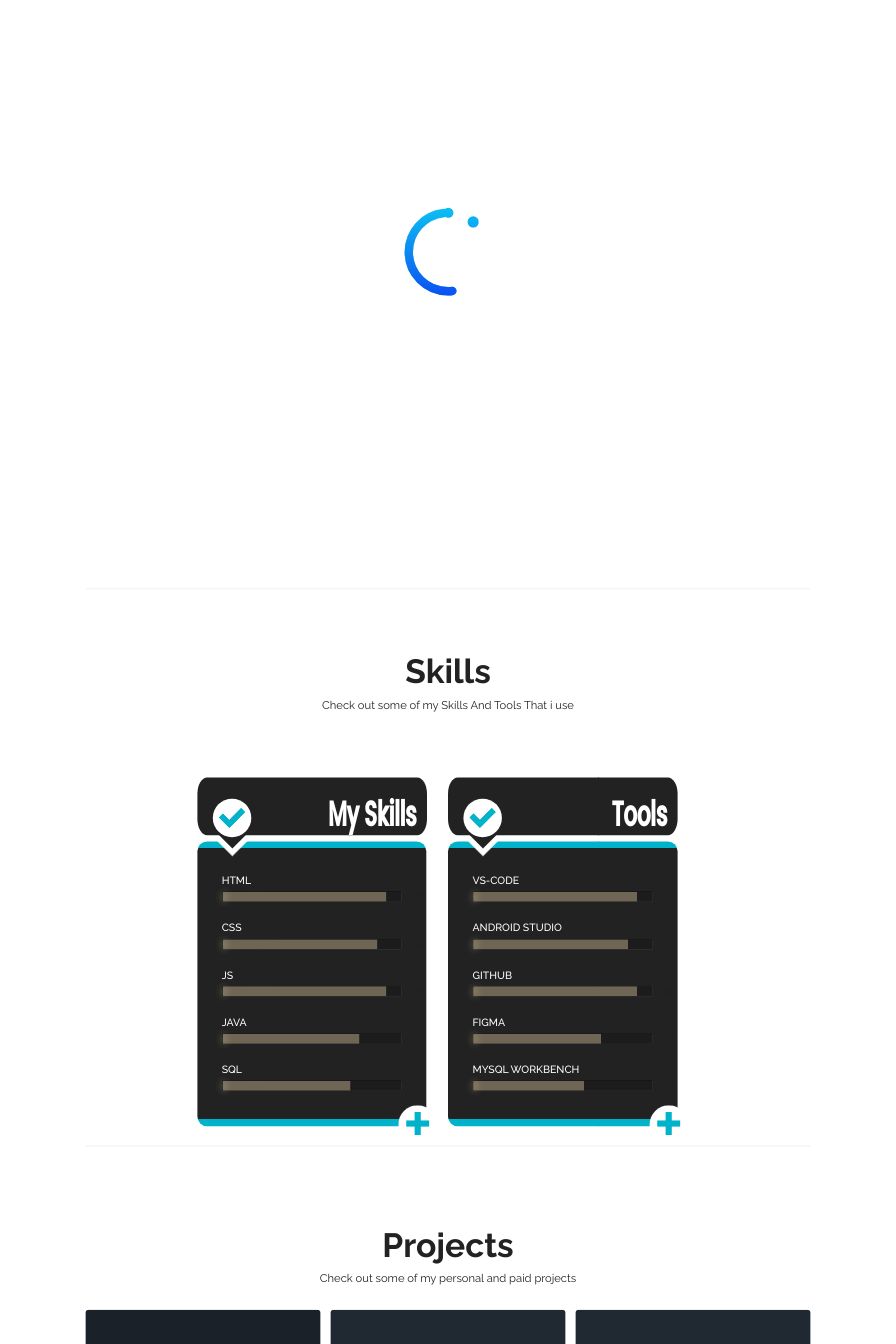
Repository: rahimmenadi/My-Website
Page: index.html
An editor plug-in stored every save of this project. The page is shown before and after a run of saves, followed by the edit.
The browser window is 1280 px wide. The pictures show the part of the page from y = 0 to 1920 px (the page is 2803 px tall), at 70% of full size.

Above is the page before, as saved 2023-06-24 01:45:35.

After the next 2 saves:
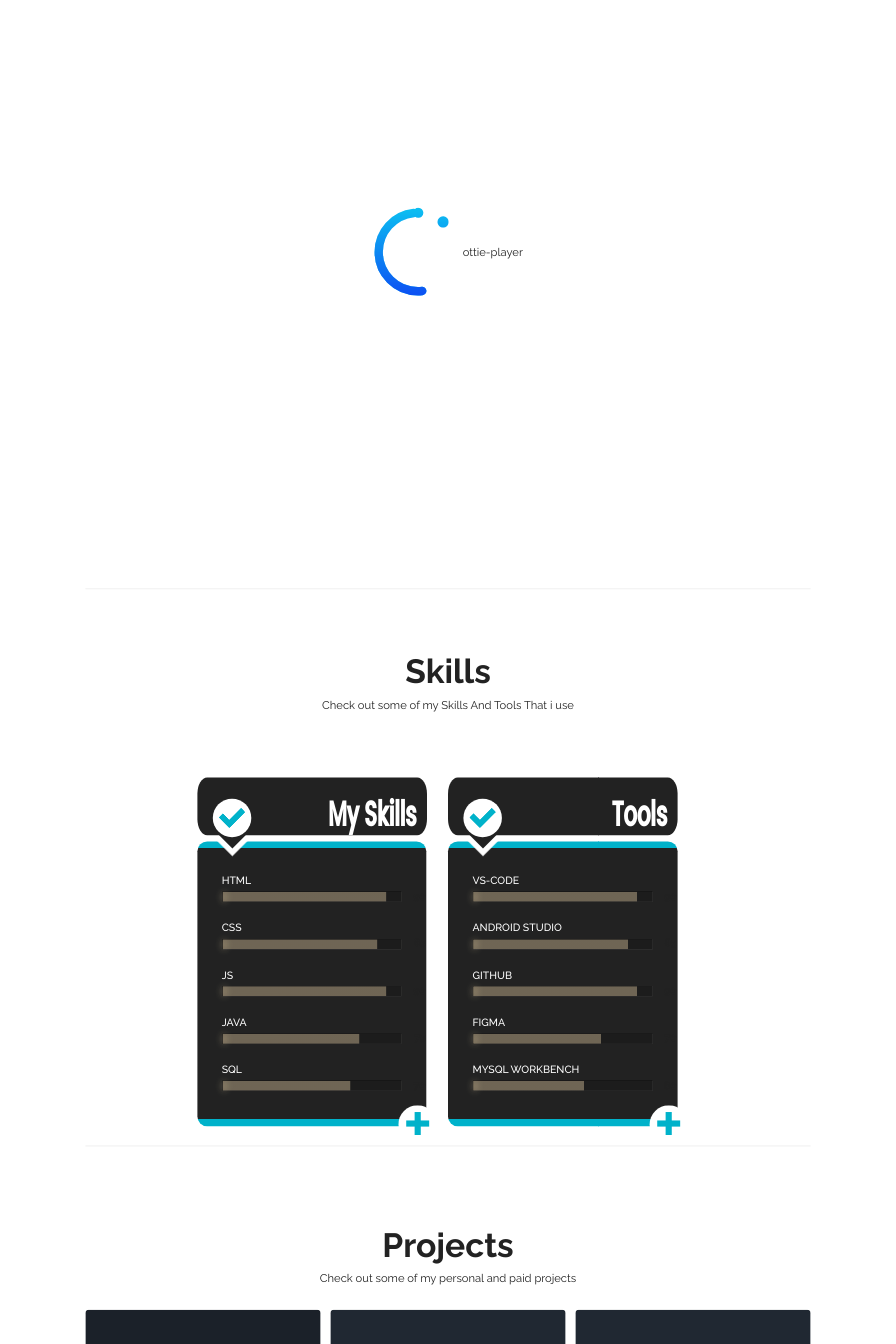
The 2 saves are shown as one change because they came seconds apart.
The last was saved 8 s later.
--- a/index.html
+++ b/index.html
@@ -83,6 +83,7 @@
       </g>
     </svg>
 
+    ottie-player
   </div>
     <header id="hero">
       <!-- Navbar -->

After the 2 saves that followed:
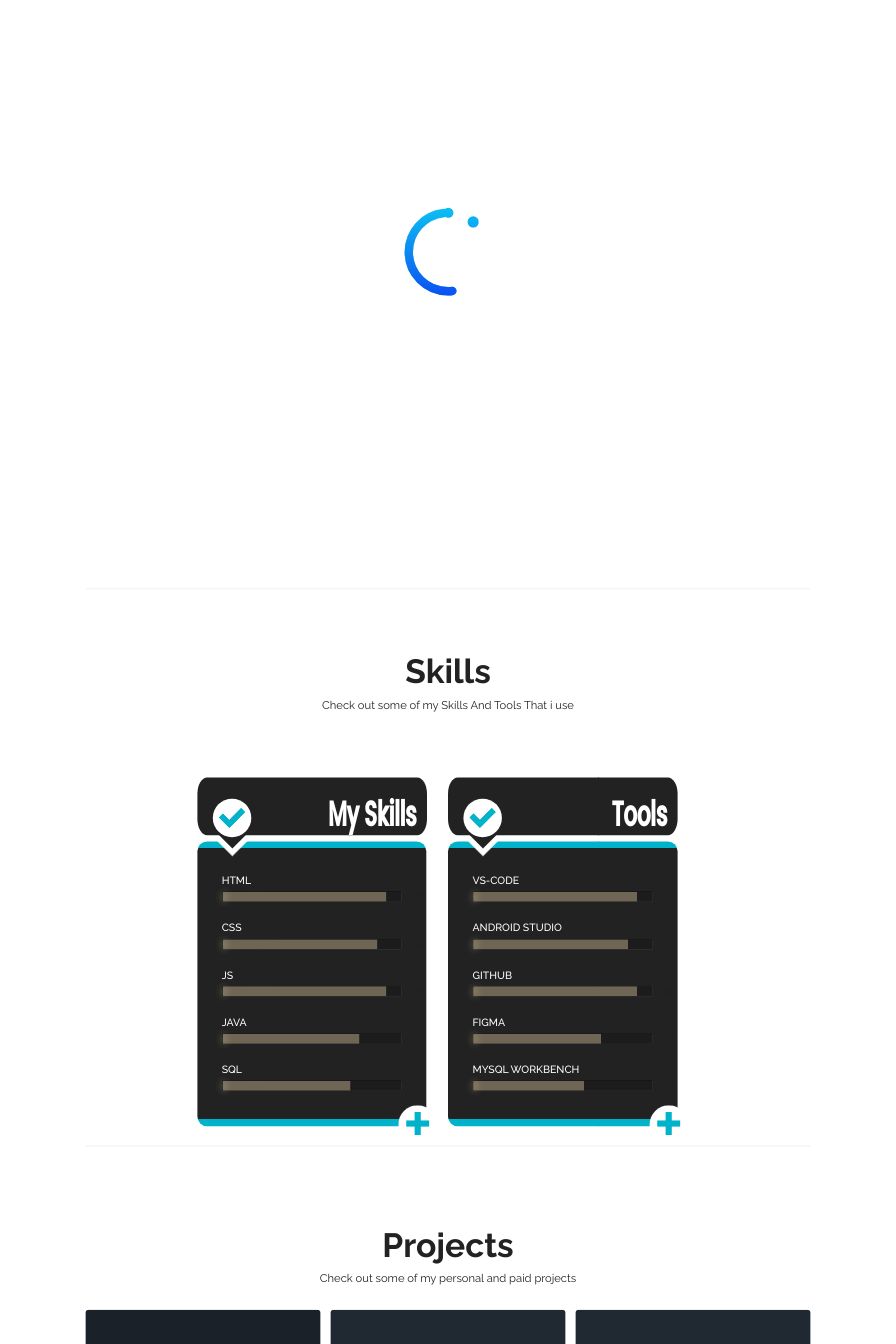
The 2 saves are shown as one change because they came seconds apart.
The last was saved 7 s later.
--- a/index.html
+++ b/index.html
@@ -82,8 +82,7 @@
         </g>
       </g>
     </svg>
-
-    ottie-player
+    <dir></dir>
   </div>
     <header id="hero">
       <!-- Navbar -->
